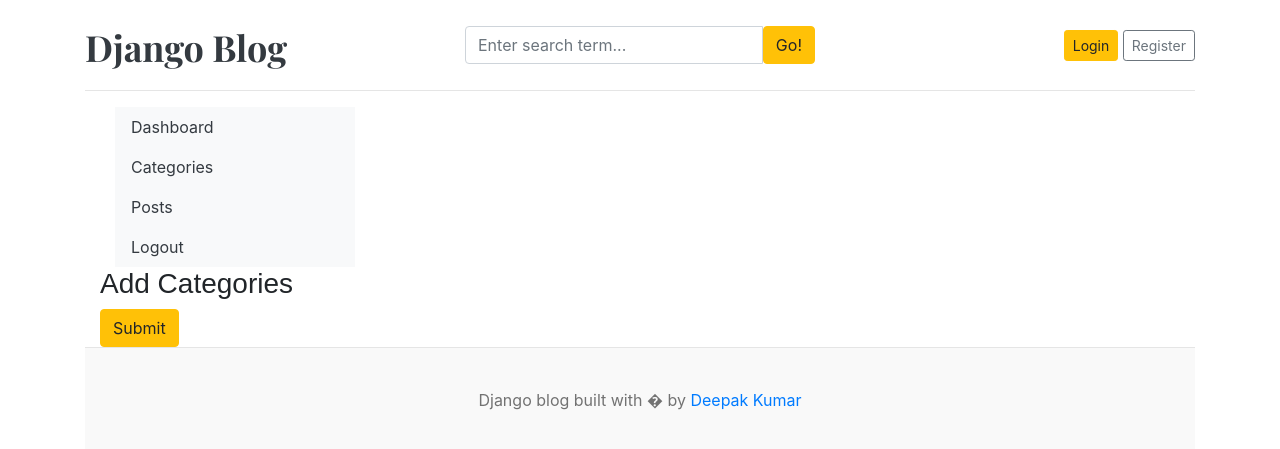
Repository: vijayholve/Blog-Website-Django
Page: templates/dashboard/add_categories.html
These files come from the project's save history. The page is drawn as it stood at one moment and after the next save; the edit follows.
The browser window is 1280 px wide. The pictures show the whole page.
The template is drawn by Django 5.2. The application's start-up code is not run. Other server files are loaded and not shown. The template is opened directly, without the code that normally fills it, so the values that code supplies are empty.

Above is the page before, as saved 2025-01-29 15:47:10.

### templates/dashboard/add_categories.html
{% extends '../base/base.html' %}

{% block content %}
<div class="container-fluid">
    <!-- left sidebar -->
    {% include './leftsidebar.html' %}


    <!-- right sidebar -->
    <div class="">
        <h3>Add Categories</h3>

      <form action="" method="POST" style="width: 500px;">
        {% csrf_token %}
        {{ form  }}
        <button type="submit" class="btn btn-warning">Submit</button>
      </form>
    </div>
</div>

{% endblock %}

### templates/base/base.html
<!-- Header part -->
{% include './header.html' %}

<!-- Main content part -->
{% block content %}

{% endblock %}

<!-- Footer -->
{% include './footer.html' %}

### templates/base/header.html
{% load static %}
<!DOCTYPE html>
<html lang="en">
<head>
    <meta charset="UTF-8">
    <meta http-equiv="X-UA-Compatible" content="IE=edge">
    <meta name="viewport" content="width=device-width, initial-scale=1.0">
    <title>SM Joshi Blogs</title>
    <link href="https://getbootstrap.com/docs/4.0/dist/css/bootstrap.min.css" rel="stylesheet">
    <link href="https://fonts.googleapis.com/css?family=Playfair+Display:700,900" rel="stylesheet">
    <link href="{% static 'css/blog.css' %}" rel="stylesheet">
    <link href="{% static 'css/Navbar.css' %}" rel="stylesheet">
    <link rel="stylesheet" href="https://cdn.jsdelivr.net/npm/bootstrap@4.4.1/dist/css/bootstrap.min.css" integrity="sha384-Vkoo8x4CGsO3+Hhxv8T/Q5PaXtkKtu6ug5TOeNV6gBiFeWPGFN9MuhOf23Q9Ifjh" crossorigin="anonymous">
    <link rel="stylesheet" href="https://cdnjs.cloudflare.com/ajax/libs/font-awesome/4.7.0/css/font-awesome.min.css">
  </head>
<body>
    <div class="container">
      <header class="blog-header py-3">
        <div class="row flex-nowrap justify-content-between align-items-center">
          <div class="col-4 pt-1">
            <a class="blog-header-logo text-dark" href="/">Django Blog</a>
          </div>
          <div class="col-4">
            <form action="{% url 'search' %}" method="GET">
              <div class="input-group">
                <input class="form-control" name="keyword" type="text" placeholder="Enter search term..." aria-label="Enter search term..." aria-describedby="button-search" />
                <button type="submit" class="btn btn-warning" id="button-search" type="button">Go!</button>
            </div>
            </form>
          </div>

          <div class="col-4 d-flex justify-content-end align-items-center">
            {% if not user.is_authenticated %}
            <a class="btn btn-sm btn-warning" href="{% url 'login' %}">Login</a> &nbsp;
            <a class="btn btn-sm btn-outline-secondary" href="{% url 'register' %}">Register</a>
            {% else %}
            <span><a href="{% url 'dashboard' %}" class="btn btn-warning">Dashboard</a></span> &nbsp;
            <span><a href="{% url 'logout' %}">Logout</a></span>
            {% endif %}
          </div>
        </div>
      </header>

      <div class="nav-scroller py-1 mb-2">
        <nav class="nav d-flex justify-content-between">
          {% for cat in categories %}
          <a class="p-2 text-muted" href="{% url 'posts_by_category' cat.id  %}">{{ cat.category_name }}</a>
          {% endfor %}
        </nav>
      </div>

### templates/dashboard/leftsidebar.html
<div class="col-md-3">
    <div class="nav flex-column nav-pills bg-light aria-orientation='vertical'">
        <a href="{% url 'dashboard' %}" class="nav-link text-dark {% if '/dashboard/' == request.path %} bg-warning {% endif %}">Dashboard</a>
         {% if perms.auth.view_user %}
          <a href="{% url 'users' %}" class="nav-link text-dark {% if '/users/' in request.path %} bg-warning {% endif %}">Users</a>
        {% endif %}
        <a href="{% url 'categories' %}" class="nav-link text-dark {% if '/categories/' in request.path %} bg-warning {% endif %}">Categories</a>
        <a href="{% url 'posts' %}" class="nav-link text-dark {% if '/posts/' in request.path %} bg-warning {% endif %}">Posts</a>
        <a href="" class="nav-link text-dark">Logout</a>
    </div>
</div>

### templates/base/footer.html
<footer class="blog-footer">
    <p>Django blog built with � by <a href="#">Deepak Kumar</a></p>
  </footer>
  </body>
  </html>

### static/css/blog.css
/* stylelint-disable selector-list-comma-newline-after */

.blog-header {
  border-bottom: 1px solid #e5e5e5;
}

.blog-header-logo {
  font-family: "Playfair Display", Georgia, "Times New Roman", serif/*rtl:Amiri, Georgia, "Times New Roman", serif*/;
  font-size: 2.25rem;
}

.blog-header-logo:hover {
  text-decoration: none;
}

h1, h2, h3, h4, h5, h6 {
  font-family: "Playfair Display", Georgia, "Times New Roman", serif/*rtl:Amiri, Georgia, "Times New Roman", serif*/;
}

.display-4 {
  font-size: 2.5rem;
}
@media (min-width: 768px) {
  .display-4 {
    font-size: 3rem;
  }
}

.flex-auto {
  flex: 0 0 auto;
}

.h-250 { height: 250px; }
@media (min-width: 768px) {
  .h-md-250 { height: 250px; }
}

/* Pagination */
.blog-pagination {
  margin-bottom: 4rem;
}

/*
 * Blog posts
 */
.blog-post {
  margin-bottom: 4rem;
}
.blog-post-title {
  font-size: 2.5rem;
}
.blog-post-meta {
  margin-bottom: 1.25rem;
  color: #727272;
}

/*
 * Footer
 */
.blog-footer {
  padding: 2.5rem 0;
  color: #727272;
  text-align: center;
  background-color: #f9f9f9;
  border-top: .05rem solid #e5e5e5;
}
.blog-footer p:last-child {
  margin-bottom: 0;
}

### static/css/Navbar.css
:root {
    --font-family-sans-serif: "Open Sans", -apple-system, BlinkMacSystemFont,
    "Segoe UI", Roboto, "Helvetica Neue", Arial, sans-serif, "Apple Color Emoji",
    "Segoe UI Emoji", "Segoe UI Symbol", "Noto Color Emoji";
}

*, *::before, *::after {
    -webkit-box-sizing: border-box;
    box-sizing: border-box;
}

html {
    font-family: sans-serif;
    line-height: 1.15;
    -webkit-text-size-adjust: 100%;
    -webkit-tap-highlight-color: rgba(0, 0, 0, 0);
}

nav {
    display: block;
}

body {
    margin: 0;
    font-family: "Open Sans", -apple-system, BlinkMacSystemFont, "Segoe UI",
    Roboto, "Helvetica Neue", Arial, sans-serif, "Apple Color Emoji",
    "Segoe UI Emoji", "Segoe UI Symbol", "Noto Color Emoji";
    font-size: 1rem;
    font-weight: 400;
    line-height: 1.5;
    color: #515151;
    text-align: left;
    background-color: #e9edf4;
}

h1, h2, h3, h4, h5, h6 {
    margin-top: 0;
    margin-bottom: 0.5rem;
}

p {
    margin-top: 0;
    margin-bottom: 1rem;
}

a {
    color: #3f84fc;
    text-decoration: none;
    background-color: transparent;
}

a:hover {
    color: #0458eb;
    text-decoration: underline;
}

h1, h2, h3, h4, h5, h6, .h1, .h2, .h3, .h4, .h5, .h6 {
    font-family: "Nunito", sans-serif;
    margin-bottom: 0.5rem;
    font-weight: 500;
    line-height: 1.2;
}

h1, .h1 {
    font-size: 2.5rem;
    font-weight: normal;
}

.card {
    position: relative;
    display: -webkit-box;
    display: -webkit-flex;
    display: -ms-flexbox;
    display: flex;
    -webkit-box-orient: vertical;
    -webkit-box-direction: normal;
    -webkit-flex-direction: column;
    -ms-flex-direction: column;
    flex-direction: column;
    min-width: 0;
    word-wrap: break-word;
    background-color: #fff;
    background-clip: border-box;
    border: 1px solid rgba(0, 0, 0, 0.125);
    border-radius: 0;
}

.card-body {
    -webkit-box-flex: 1;
    -webkit-flex: 1 1 auto;
    -ms-flex: 1 1 auto;
    flex: 1 1 auto;
    padding: 1.25rem;
}

.card-header {
    padding: 0.75rem 1.25rem;
    margin-bottom: 0;
    background-color: rgba(0, 0, 0, 0.03);
    border-bottom: 1px solid rgba(0, 0, 0, 0.125);
    text-align: center;
}

.dashboard {
    display: -webkit-box;
    display: -webkit-flex;
    display: -ms-flexbox;
    display: flex;
    min-height: 100vh;
}

.dashboard-app {
    display: -webkit-box;
    display: -webkit-flex;
    display: -ms-flexbox;
    display: flex;
    -webkit-box-orient: vertical;
    -webkit-box-direction: normal;
    -webkit-flex-direction: column;
    -ms-flex-direction: column;
    flex-direction: column;
    -webkit-box-flex: 2;
    -webkit-flex-grow: 2;
    -ms-flex-positive: 2;
    flex-grow: 2;
    margin-top: 84px;
}

.dashboard-content {
    -webkit-box-flex: 2;
    -webkit-flex-grow: 2;
    -ms-flex-positive: 2;
    flex-grow: 2;
    padding: 25px;
}

.dashboard-nav {
    min-width: 238px;
    position: fixed;
    left: 0;
    top: 0;
    bottom: 0;
    overflow: auto;
    background-color: #373193;
}

.dashboard-compact .dashboard-nav {
    display: none;
}

.dashboard-nav header {
    min-height: 84px;
    padding: 8px 27px;
    display: -webkit-box;
    display: -webkit-flex;
    display: -ms-flexbox;
    display: flex;
    -webkit-box-pack: center;
    -webkit-justify-content: center;
    -ms-flex-pack: center;
    justify-content: center;
    -webkit-box-align: center;
    -webkit-align-items: center;
    -ms-flex-align: center;
    align-items: center;
}

.dashboard-nav header .menu-toggle {
    display: none;
    margin-right: auto;
}

.dashboard-nav a {
    color: #515151;
}

.dashboard-nav a:hover {
    text-decoration: none;
}

.dashboard-nav {
    background-color: #443ea2;
}

.dashboard-nav a {
    color: #fff;
}

.brand-logo {
    font-family: "Nunito", sans-serif;
    font-weight: bold;
    font-size: 20px;
    display: -webkit-box;
    display: -webkit-flex;
    display: -ms-flexbox;
    display: flex;
    color: #515151;
    -webkit-box-align: center;
    -webkit-align-items: center;
    -ms-flex-align: center;
    align-items: center;
}

.brand-logo:focus, .brand-logo:active, .brand-logo:hover {
    color: #dbdbdb;
    text-decoration: none;
}

.brand-logo i {
    color: #d2d1d1;
    font-size: 27px;
    margin-right: 10px;
}

.dashboard-nav-list {
    display: -webkit-box;
    display: -webkit-flex;
    display: -ms-flexbox;
    display: flex;
    -webkit-box-orient: vertical;
    -webkit-box-direction: normal;
    -webkit-flex-direction: column;
    -ms-flex-direction: column;
    flex-direction: column;
}

.dashboard-nav-item {
    min-height: 56px;
    padding: 8px 20px 8px 70px;
    display: -webkit-box;
    display: -webkit-flex;
    display: -ms-flexbox;
    display: flex;
    -webkit-box-align: center;
    -webkit-align-items: center;
    -ms-flex-align: center;
    align-items: center;
    letter-spacing: 0.02em;
    transition: ease-out 0.5s;
}

.dashboard-nav-item i {
    width: 36px;
    font-size: 19px;
    margin-left: -40px;
}

.dashboard-nav-item:hover {
    background: rgba(255, 255, 255, 0.04);
}

.active {
    background: rgba(0, 0, 0, 0.1);
}

.dashboard-nav-dropdown {
    display: -webkit-box;
    display: -webkit-flex;
    display: -ms-flexbox;
    display: flex;
    -webkit-box-orient: vertical;
    -webkit-box-direction: normal;
    -webkit-flex-direction: column;
    -ms-flex-direction: column;
    flex-direction: column;
}

.dashboard-nav-dropdown.show {
    background: rgba(255, 255, 255, 0.04);
}

.dashboard-nav-dropdown.show > .dashboard-nav-dropdown-toggle {
    font-weight: bold;
}

.dashboard-nav-dropdown.show > .dashboard-nav-dropdown-toggle:after {
    -webkit-transform: none;
    -o-transform: none;
    transform: none;
}

.dashboard-nav-dropdown.show > .dashboard-nav-dropdown-menu {
    display: -webkit-box;
    display: -webkit-flex;
    display: -ms-flexbox;
    display: flex;
}

.dashboard-nav-dropdown-toggle:after {
    content: "";
    margin-left: auto;
    display: inline-block;
    width: 0;
    height: 0;
    border-left: 5px solid transparent;
    border-right: 5px solid transparent;
    border-top: 5px solid rgba(81, 81, 81, 0.8);
    -webkit-transform: rotate(90deg);
    -o-transform: rotate(90deg);
    transform: rotate(90deg);
}

.dashboard-nav .dashboard-nav-dropdown-toggle:after {
    border-top-color: rgba(255, 255, 255, 0.72);
}

.dashboard-nav-dropdown-menu {
    display: none;
    -webkit-box-orient: vertical;
    -webkit-box-direction: normal;
    -webkit-flex-direction: column;
    -ms-flex-direction: column;
    flex-direction: column;
}

.dashboard-nav-dropdown-item {
    min-height: 40px;
    padding: 8px 20px 8px 70px;
    display: -webkit-box;
    display: -webkit-flex;
    display: -ms-flexbox;
    display: flex;
    -webkit-box-align: center;
    -webkit-align-items: center;
    -ms-flex-align: center;
    align-items: center;
    transition: ease-out 0.5s;
}

.dashboard-nav-dropdown-item:hover {
    background: rgba(255, 255, 255, 0.04);
}

.menu-toggle {
    position: relative;
    width: 42px;
    height: 42px;
    display: -webkit-box;
    display: -webkit-flex;
    display: -ms-flexbox;
    display: flex;
    -webkit-box-align: center;
    -webkit-align-items: center;
    -ms-flex-align: center;
    align-items: center;
    -webkit-box-pack: center;
    -webkit-justify-content: center;
    -ms-flex-pack: center;
    justify-content: center;
    color: #443ea2;
}

.menu-toggle:hover, .menu-toggle:active, .menu-toggle:focus {
    text-decoration: none;
    color: #875de5;
}

.menu-toggle i {
    font-size: 20px;
}

.dashboard-toolbar {
    min-height: 84px;
    background-color: #dfdfdf;
    display: -webkit-box;
    display: -webkit-flex;
    display: -ms-flexbox;
    display: flex;
    -webkit-box-align: center;
    -webkit-align-items: center;
    -ms-flex-align: center;
    align-items: center;
    padding: 8px 27px;
    position: fixed;
    top: 0;
    right: 0;
    left: 0;
    z-index: 1000;
}

.nav-item-divider {
    height: 1px;
    margin: 1rem 0;
    overflow: hidden;
    background-color: rgba(236, 238, 239, 0.3);
}

@media (min-width: 992px) {
    .dashboard-app {
        margin-left: 238px;
    }

    .dashboard-compact .dashboard-app {
        margin-left: 0;
    }
}


@media (max-width: 768px) {
    .dashboard-content {
        padding: 15px 0px;
    }
}

@media (max-width: 992px) {
    .dashboard-nav {
        display: none;
        position: fixed;
        top: 0;
        right: 0;
        left: 0;
        bottom: 0;
        z-index: 1070;
    }

    .dashboard-nav.mobile-show {
        display: block;
    }
}

@media (max-width: 992px) {
    .dashboard-nav header .menu-toggle {
        display: -webkit-box;
        display: -webkit-flex;
        display: -ms-flexbox;
        display: flex;
    }
}

@media (min-width: 992px) {
    .dashboard-toolbar {
        left: 238px;
    }

    .dashboard-compact .dashboard-toolbar {
        left: 0;
    }
}

After the next save:
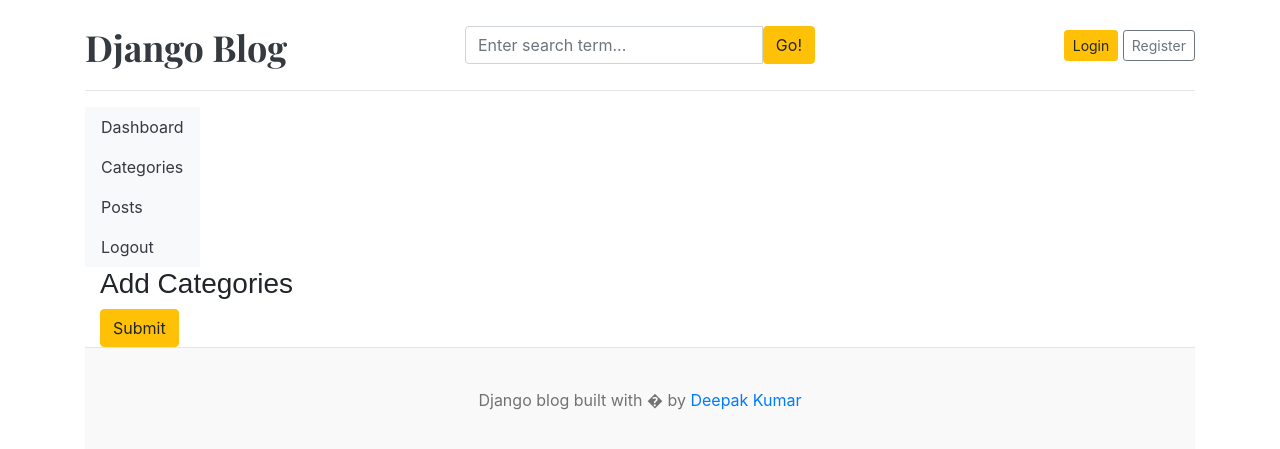
Saved 40 s later.
--- a/templates/dashboard/leftsidebar.html
+++ b/templates/dashboard/leftsidebar.html
@@ -1,4 +1,4 @@
-<div class="col-md-3">
+<div class="row">
     <div class="nav flex-column nav-pills bg-light aria-orientation='vertical'">
         <a href="{% url 'dashboard' %}" class="nav-link text-dark {% if '/dashboard/' == request.path %} bg-warning {% endif %}">Dashboard</a>
          {% if perms.auth.view_user %}
